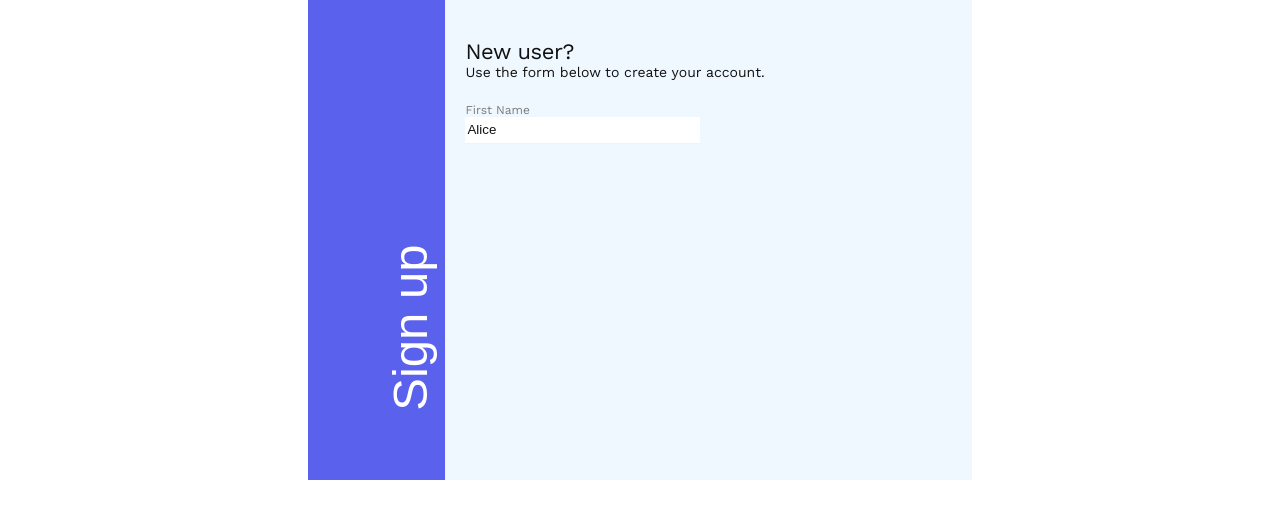
Repository: MorgunovaAlexandra/forma
Page: index.html
These files come from the project's save history. The page is drawn as it stood at one moment and after the next save; the edit follows.
The browser window is 1280 px wide. The pictures show the whole page.
Some web fonts or font styles are not loaded; a fallback is used.

Above is the page before, as saved 2022-07-18 12:36:13.

After the next save:
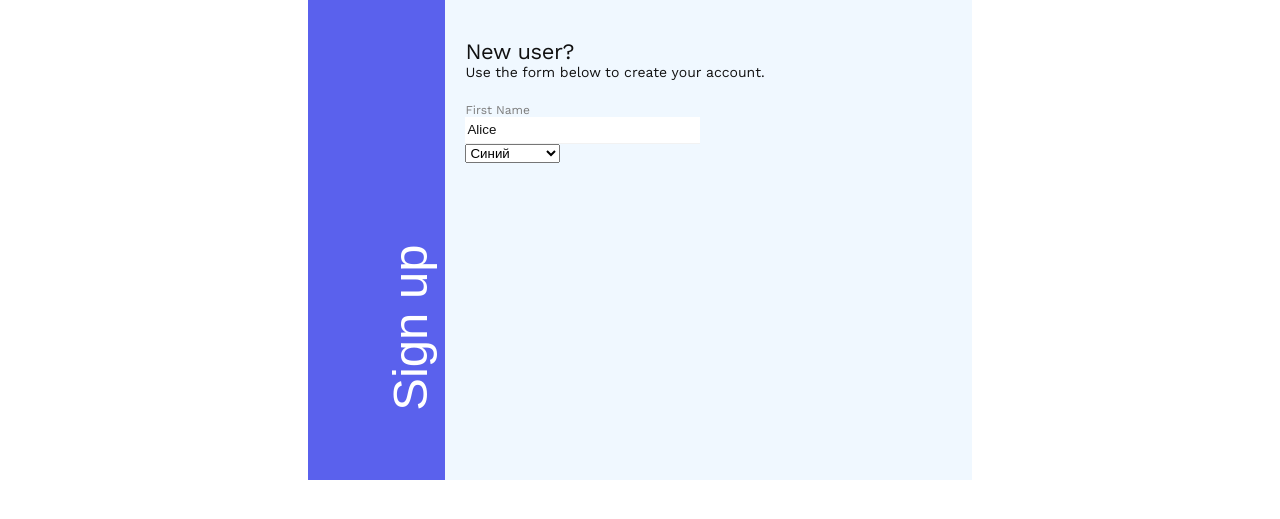
Saved 1 s later.
--- a/index.html
+++ b/index.html
@@ -19,7 +19,14 @@
 
                 <label class="text-field__label" for="name">First Name</label>
                 <input class="text-field__input" type="text" placeholder="Alice" id="name">
-
+                <select name="user_profile_color_1">
+                    <option value="1">Синий</option>
+                    <option value="2">Зеленый</option>
+                    <option value="3">Желтый</option>
+                    <option value="4">Красный</option>
+                    <option value="5">Оранжевый</option>
+                    <option value="6">Черный</option>
+                  </select>
             </form>
         </div>
     </div>
